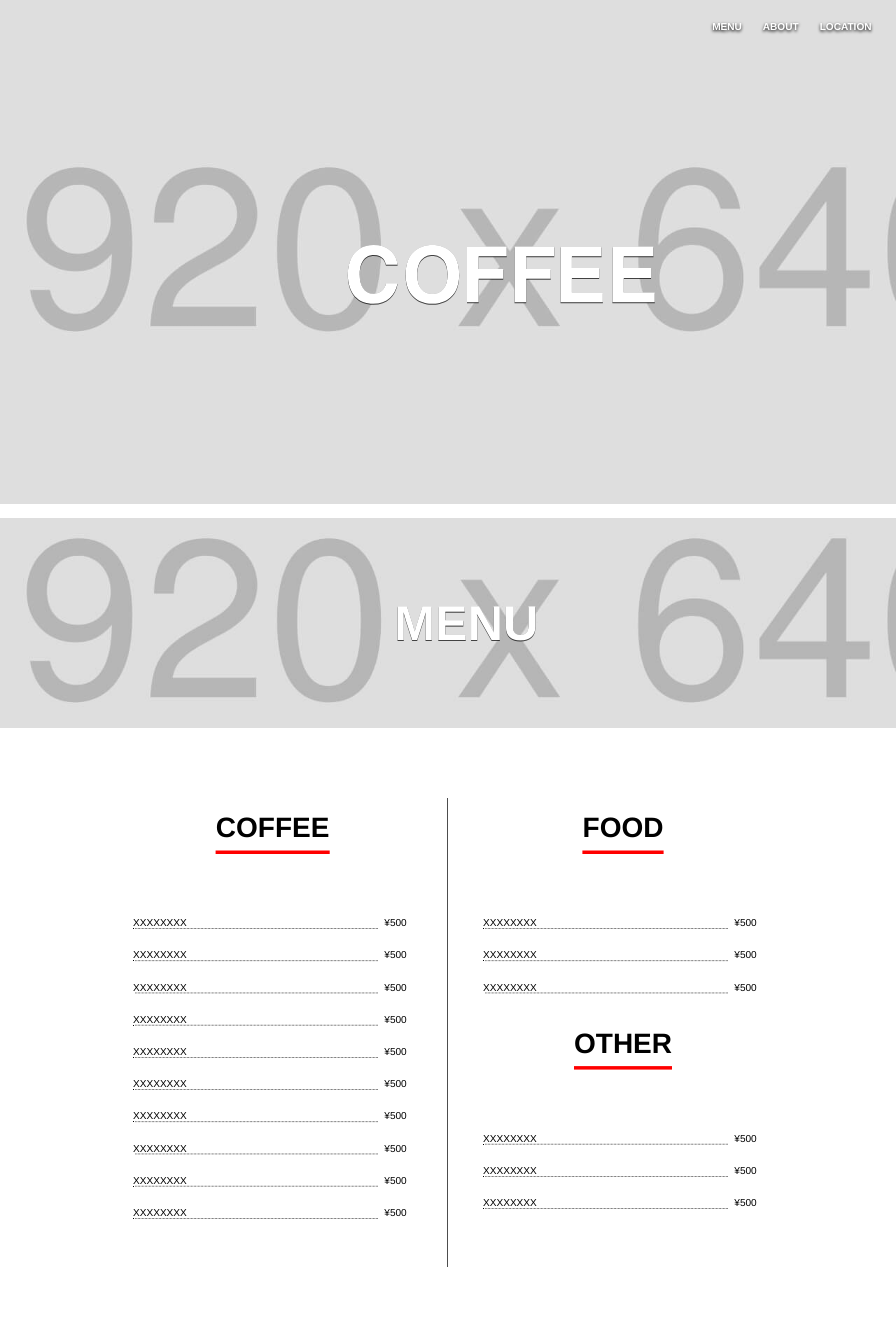
Repository: n19880405nick/challenge
Page: Codestep/COFFEE/coffee.html
The author's editor kept a record of every edit. The page is drawn from the files as they stood at one moment, then again after the next edit.
The browser window is 1280 px wide. The pictures show the whole page, at 70% of full size.
Backgrounds fixed to the window are drawn as part of the page.

Above is the page before.

### Codestep/COFFEE/coffee.html
<!DOCTYPE html>
<html lang="ja">
  <head>
    <meta charset="utf-8">
    <meta name="viewport" content="width=device-width, initial-scale=1.0">
    <title>COFFEE</title>
    <link rel="stylesheet" href="coffee.css">
    <link rel="shortcut icon" href="img/favicon.ico">
    <script src="main.js"></script>
  </head>

  <body>
    <header>
      <nav>
        <ul>
          <li><a href="#menu">MENU</a></li>
          <li><a href="#about">ABOUT</a></li>
          <li><a href="#location">LOCATION</a></li>
        </ul>
      </nav>
      <h1><img class="logo" src="img/logo.svg"></h1>
    </header>

    <main>
      <section id="menu">
        <div class="back-visual">
          <h2 class="title">MENU</h2>
        </div>
        <div class="menu-contents">
          <div class="menu-content">
            <h3 class="subtitle">COFFEE</h3>
            <dl>
              <dt>XXXXXXXX</dt><dd>¥500</dd>
              <dt>XXXXXXXX</dt><dd>¥500</dd>
              <dt>XXXXXXXX</dt><dd>¥500</dd>
              <dt>XXXXXXXX</dt><dd>¥500</dd>
              <dt>XXXXXXXX</dt><dd>¥500</dd>
              <dt>XXXXXXXX</dt><dd>¥500</dd>
              <dt>XXXXXXXX</dt><dd>¥500</dd>
              <dt>XXXXXXXX</dt><dd>¥500</dd>
              <dt>XXXXXXXX</dt><dd>¥500</dd>
              <dt>XXXXXXXX</dt><dd>¥500</dd>
            </dl>
          </div>
          <div class="menu-content">
            <h3 class="subtitle">FOOD</h3>
            <dl>
              <dt>XXXXXXXX</dt><dd>¥500</dd>
              <dt>XXXXXXXX</dt><dd>¥500</dd>
              <dt>XXXXXXXX</dt><dd>¥500</dd>
            </dl>
            <h3 class="subtitle">OTHER</h3>
            <dl>
              <dt>XXXXXXXX</dt><dd>¥500</dd>
              <dt>XXXXXXXX</dt><dd>¥500</dd>
              <dt>XXXXXXXX</dt><dd>¥500</dd>
            </dl>
          </div>
        </div>
      </section>

    </main>

  </body>
</html>

### Codestep/COFFEE/coffee.css
*{
  margin: 0;
  padding: 0;
  box-sizing: border-box;
}

body{
  font-family: "Helvetica Neue", "Arial", "Hiragino Sans", "Hiragino Kaku Gothic ProN", "Meiryo", sans-serif;
  font-size: 0.9rem;
}

header{
  background-image: url("img/mainvisual.jpg");
  background-position: center;
  width: 100vw;
  height: 100vh;
}

nav{
  display: flex;
  justify-content: flex-end;
  padding: 30px 20px;
}

nav ul{
  display: flex;
  list-style: none;
}

nav li{
  margin: 0 15px;
}

nav li a{
  text-decoration: none;
  color: white;
  font-weight: bold;
  filter: drop-shadow(0 2px 2px black);
  transition: all 0.3s 0s ease;
}

nav li a:hover{
  color: red;
}

header h1{
  padding-top: 37vh;
  padding-left: 38vw;
}

.logo{
  filter: drop-shadow(0 1px 1px black);
}

#menu{
  width: 100vw;
  margin: 20px 0;
}

.back-visual{
  background-position: center;
  background-attachment: fixed;
  height: 300px;
  position: relative;
}

#menu .back-visual{
  background-image: url("img/menu.jpg");
}

#about .back-visual{
  background-image: url("img/about.jpg");
}

#location .back-visual{
  background-image: url("img/location.jpg");
}

.title{
  font-size: 70px;
  color: white;
  filter: drop-shadow(0 1px 1px black);
  position: absolute;
  top: 110px;
  left: 44vw;
}

#location .title{
  left: 40vw;
}

.menu-contents, .about-contents{
  display: flex;
  width: 1000px;
  margin: 100px auto;
}

.menu-content{
  width: 500px;
  padding: 20px 0;
  text-align: center;
}

.menu-content:first-child{
  border-right: solid 1px black;
}

.subtitle{
  font-size: 40px;
  width: fit-content;
  margin: 0 auto;
  padding-bottom: 10px;
  border-bottom: solid 5px red;
}

#menu dl{
  margin: 90px 0 50px;
  width: 450px;
}

#menu dt{
  float: left;
  width: 350px;
  text-align: left;
  margin-left: 50px;
  border-bottom: dotted 1px black;
}

#menu dd{
  margin: 30px 0;
}

#about .subtitle,
#location .subtitle{
  margin: 100px auto;
}

.about-content{
  width: 500px;
  padding: 0 30px;
  line-height: 2;
}

.readmore{
  display: block;
  margin: 0 auto 100px;
  width: 150px;
  height: 50px;
  text-align: center;
  line-height: 3.5;
  text-decoration: none;
  color: black;
  transition: all 0.5s 0s ease;
  position: relative;
}

.readmore span{
  position: relative;
  display: block;
  width: 100%;
  height: 100%;
}

.readmore::before,
.readmore::after{
  content: "";
  position: absolute;
  right: 0;
  bottom: 0;
  background: #e03131;
  transition: all 0.5s 0s ease;
}

.readmore span::before,
.readmore span::after{
  content: "";
  position: absolute;
  left: 0;
  top: 0;
  background: #e03131;
  transition: all 0.5s 0s ease;
}

.readmore::before,
.readmore span::before{
  width: 2px;
  height: 50%;
}

.readmore::after,
.readmore span::after{
  width: 20%;
  height: 2px;
}

.readmore:hover::before,
.readmore span:hover::before{
  height: 100%;
}

.readmore:hover::after,
.readmore span:hover::after{
  width: 100%;
}

iframe{
  margin: 0 0 50px 24%;
  filter: grayscale(100%);
}

#location ul{
  width: 1000px;
  margin: 0 auto;
  list-style: none;
}

Loaded but not shown: Codestep/COFFEE/main.js (no copy from this time; the picture is the same without it)

After the next edit:
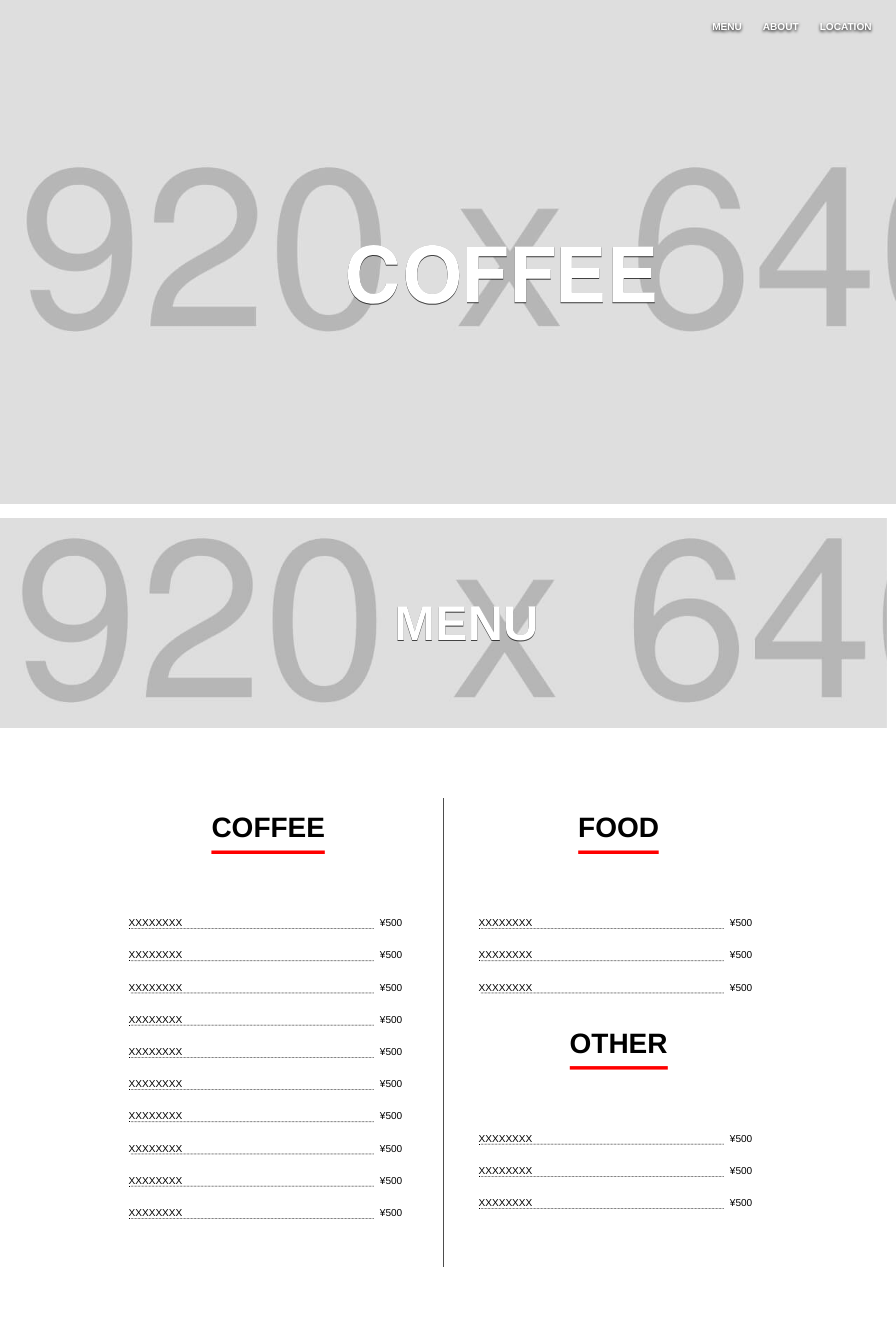
The edit:
--- a/Codestep/COFFEE/coffee.css
+++ b/Codestep/COFFEE/coffee.css
@@ -53,7 +53,7 @@
 }
 
 #menu{
-  width: 100vw;
+  width: 99vw;
   margin: 20px 0;
 }
 
